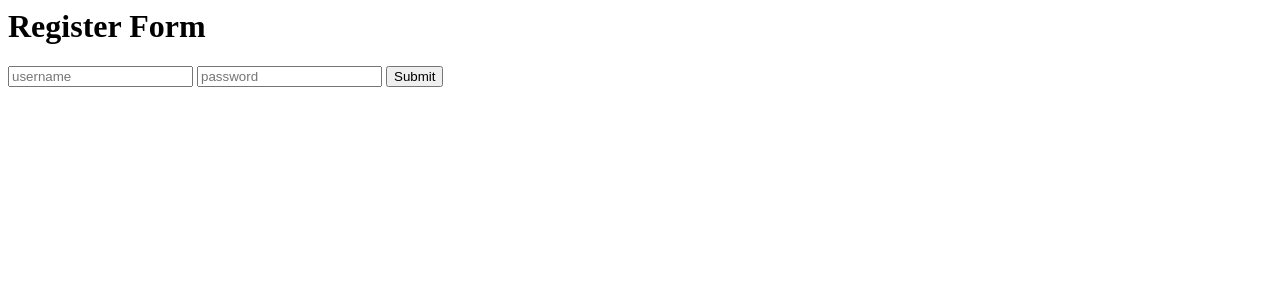
Repository: Shaney17/webdevbootcamp
Page: http://localhost/register
The author's editor kept a record of every edit. The page is drawn from the files as they stood at one moment, then again after the next edit.
The browser window is 1280 px wide. The pictures show the whole page.
The page is served by the project's Node server (Authentication/AuthDemo/app.js).

Above is the page before.

After the next edit:
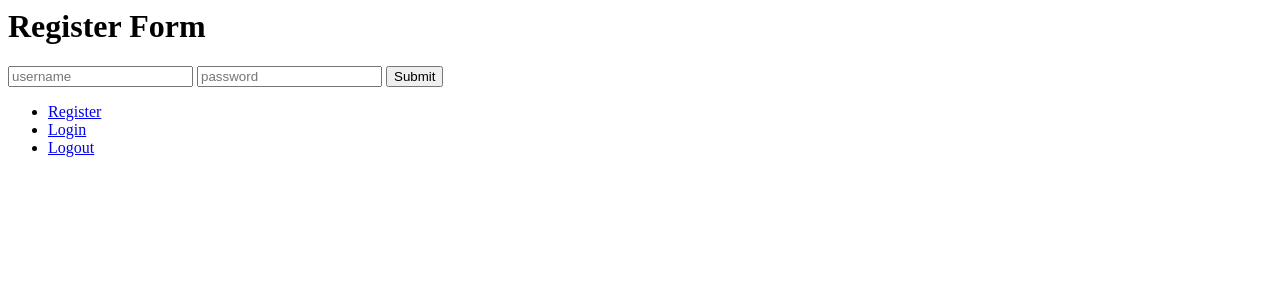
The edit:
--- a/workspace/Authentication/AuthDemo/views/register.ejs
+++ b/workspace/Authentication/AuthDemo/views/register.ejs
@@ -5,3 +5,9 @@
     <input type="password" name="password" placeholder="password"></input>
     <button>Submit</button>
 </form>
+
+<ul>
+    <li><a href="/register">Register</a></li>
+    <li><a href="login">Login</a></li>
+    <li><a href="/logout">Logout</a></li>
+</ul>
